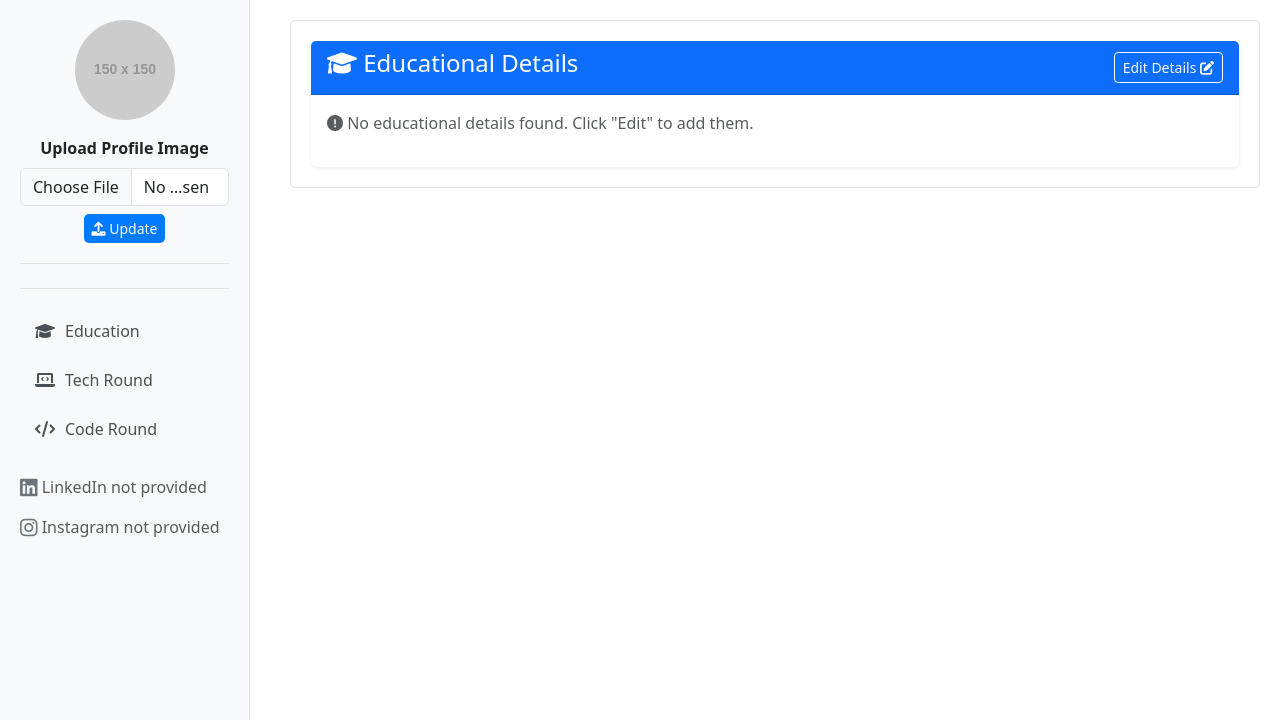
Repository: raushan22882917/Interview_platform
Page: templates/profile_details.html
These files come from the project's save history. The page is drawn as it stood at one moment and after the next save; the edit follows.
The browser window is 1280 px wide. The pictures show the whole page.
The page is served by the project's application, run on Flask 3 (saved_code.py). The template is opened directly, without the code that normally fills it, so the values that code supplies are empty.

Above is the page before, as saved 2024-11-26 00:30:37.

After the next save:
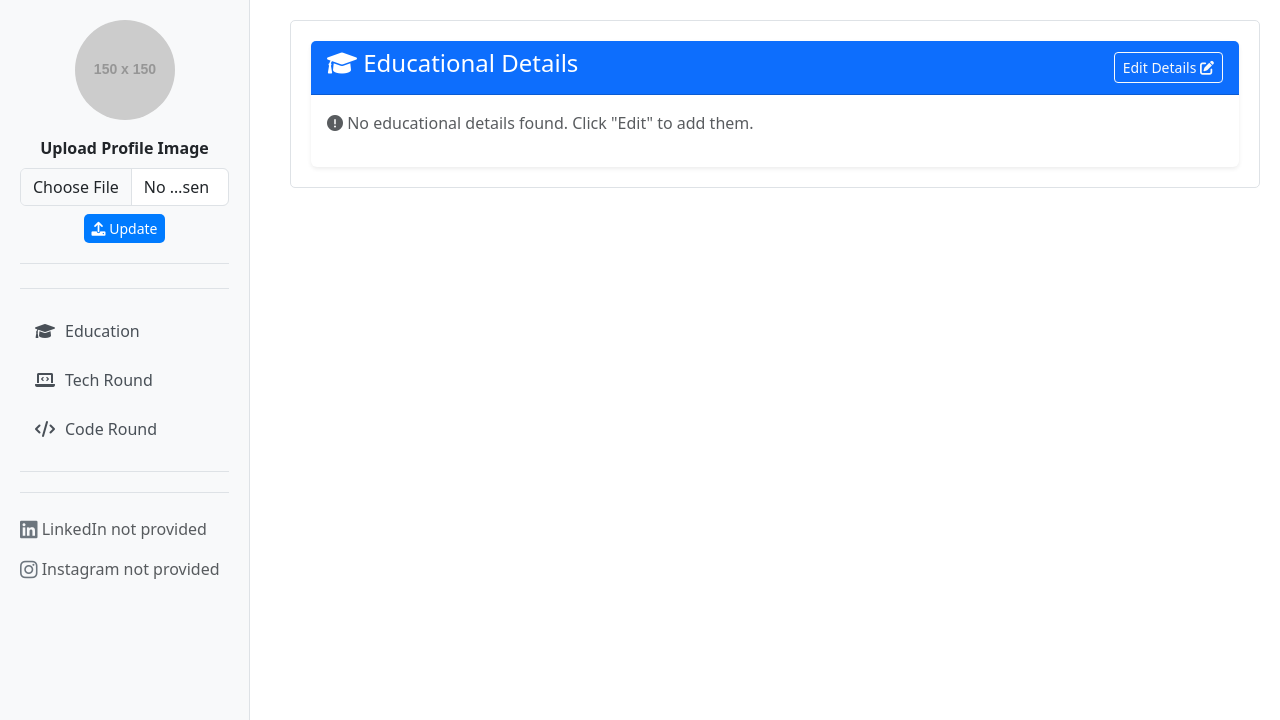
Saved 27 s later.
--- a/Tech_Round/templates/profile_details.html
+++ b/Tech_Round/templates/profile_details.html
@@ -108,6 +108,10 @@
         <a class="nav-link" data-target="codeRoundSection">
             <i class="fas fa-code"></i> Code Round
         </a>
+
+        <div class="separator"></div>
+        <div class="separator"></div>
+
 
         <div class="mt-4">
             {% if education_details and education_details[7] %}
